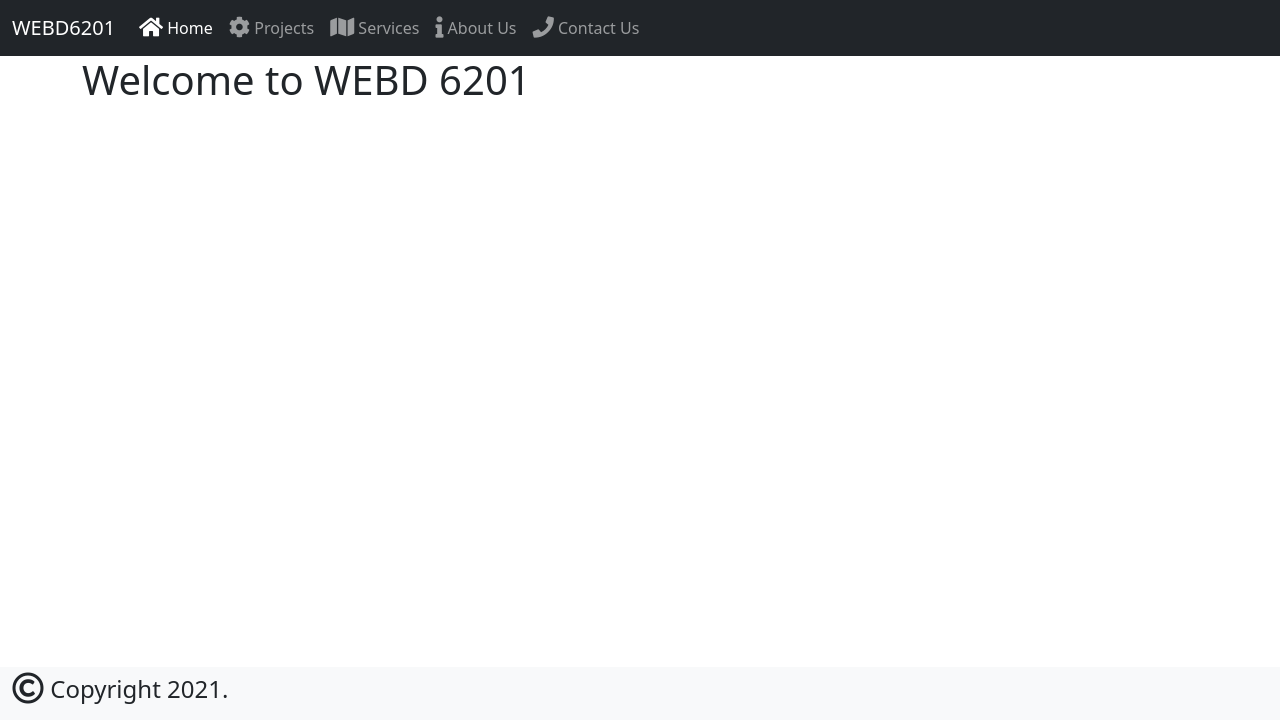
Repository: Sub4Sub/Lab_1
Page: index.html
The author's editor kept a copy of each file at every save. The page is drawn from the files as they stood at one save, then again after the next save.
The browser window is 1280 px wide. The pictures show the whole page.

Above is the page before, as saved 2021-02-03 18:18:57.
Console error: TypeError: Cannot set properties of null (setting 'textContent')

### index.html
<!DOCTYPE html>
<html lang="en">
<head>
    <meta charset="UTF-8">
    <meta name="viewport" content="width=device-width, initial-scale=1.0">
    <title>Home</title>
    <!-- CSS Section -->
    <link rel="stylesheet" href="./node_modules/bootstrap/dist/css/bootstrap.min.css">
    <link rel="stylesheet" href="./node_modules/@fortawesome/fontawesome-free/css/all.min.css">
    <link rel="stylesheet" href="./Content/app.css">
</head>
<body>
    <!-- Main Header -->
    <header>
        <!-- Main Navigation -->
        <nav class="navbar navbar-expand-lg navbar-dark bg-dark">
            <div class="container-fluid">
              <a class="navbar-brand" href="index.html">WEBD6201</a>
              <button class="navbar-toggler" type="button" data-bs-toggle="collapse" data-bs-target="#navbarSupportedContent" aria-controls="navbarSupportedContent" aria-expanded="false" aria-label="Toggle navigation">
                <span class="navbar-toggler-icon"></span>
              </button>
              <div class="collapse navbar-collapse" id="navbarSupportedContent">
                <ul class="navbar-nav me-auto mb-2 mb-lg-0">
                  <li class="nav-item">
                    <a class="nav-link active" aria-current="page" href="index.html"><i class="fas fa-home fa-lg"></i> Home</a>
                  </li>

                  <li class="nav-item">
                    <a class="nav-link" aria-current="page" href="projects.html"><i class="fas fa-cog fa-lg"></i> Projects</a>
                  </li>

                  <li class="nav-item">
                    <a class="nav-link" aria-current="page" href="services.html"><i class="fas fa-map fa-lg"></i> Services</a>
                  </li>

                  <li class="nav-item">
                    <a class="nav-link" aria-current="page" href="about.html"><i class="fas fa-info fa-lg"></i> About Us</a>
                  </li>

                  <li class="nav-item">
                    <a class="nav-link" aria-current="page" href="contact.html"><i class="fas fa-phone fa-lg"></i> Contact Us</a>
                  </li>
                </ul>
              </div>
            </div>
          </nav>
    </header>

    <!-- Main Content -->
    <main class="container">
        <h1>Welcome to WEBD 6201</h1>
        <p id="paragraphOneText"></p>
    </main>

    <!-- Main Footer -->
    <footer>
        <nav class="navbar fixed-bottom navbar-light bg-light">
            <div class="container-fluid">
              <h4><i class="far fa-copyright fa-lg"></i> Copyright 2021.</h4>
            </div>
          </nav>
    </footer>

    <!-- Script Section-->
    <script src="./node_modules/jquery/dist/jquery.min.js"></script>
    <script src="./node_modules/bootstrap/dist/js/bootstrap.bundle.min.js"></script>
    <script src="./Scripts/app.js"></script>
</body>
</html>

### Scripts/app.js

"use strict";


(function()
{

    function displayHome()
    {
        let paragraphOneText =
          "This is a simple site to demonstrate DOM Manipulation for ICE 1";

          let paragraphOneElement = document.getElementById("paragraphOne");

        paragraphOneElement.textContent = paragraphOneText;
        paragraphOneElement.className = "fs-5";
    }

    function Start()
    {
        console.log("App Started...");

        switch (document.title)
        {
          case "Home":
              displayHome();
            break;
          case "About":
              displayAbout();
            break;
          case "Projects":
              displayProjects();
            break;
          case "Services":
              displayServices();
            break;
          case "Contact":
              displayContact();
            break;
        }

    }

    window.addEventListener("load", Start);

})();

Loaded but not shown: node_modules/bootstrap/dist/css/bootstrap.min.css (library); node_modules/@fortawesome/fontawesome-free/css/all.min.css (library); node_modules/jquery/dist/jquery.min.js (library); node_modules/bootstrap/dist/js/bootstrap.bundle.min.js (library); Content/app.css (no stored copy; drawn as an empty file)

After the next save:
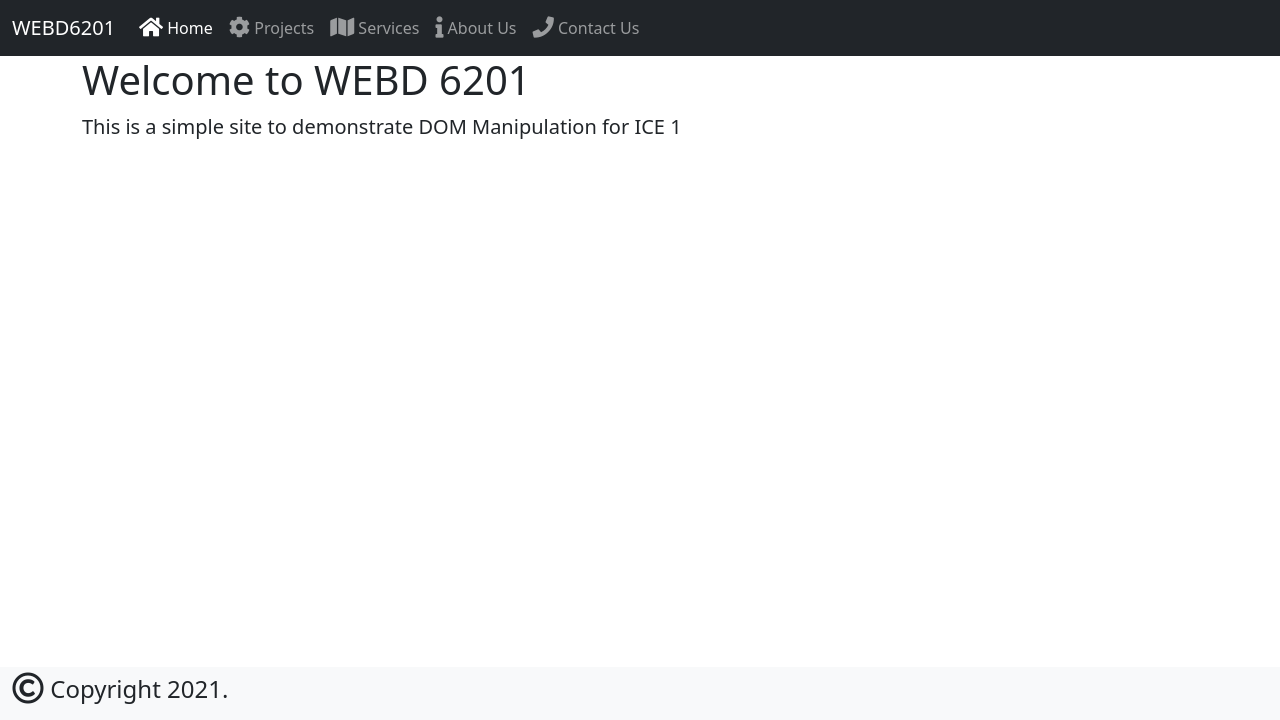
The error is gone.
Saved 18 s later.
--- a/index.html
+++ b/index.html
@@ -49,7 +49,7 @@
     <!-- Main Content -->
     <main class="container">
         <h1>Welcome to WEBD 6201</h1>
-        <p id="paragraphOneText"></p>
+        <p id="paragraphOne"></p>
     </main>
 
     <!-- Main Footer -->
